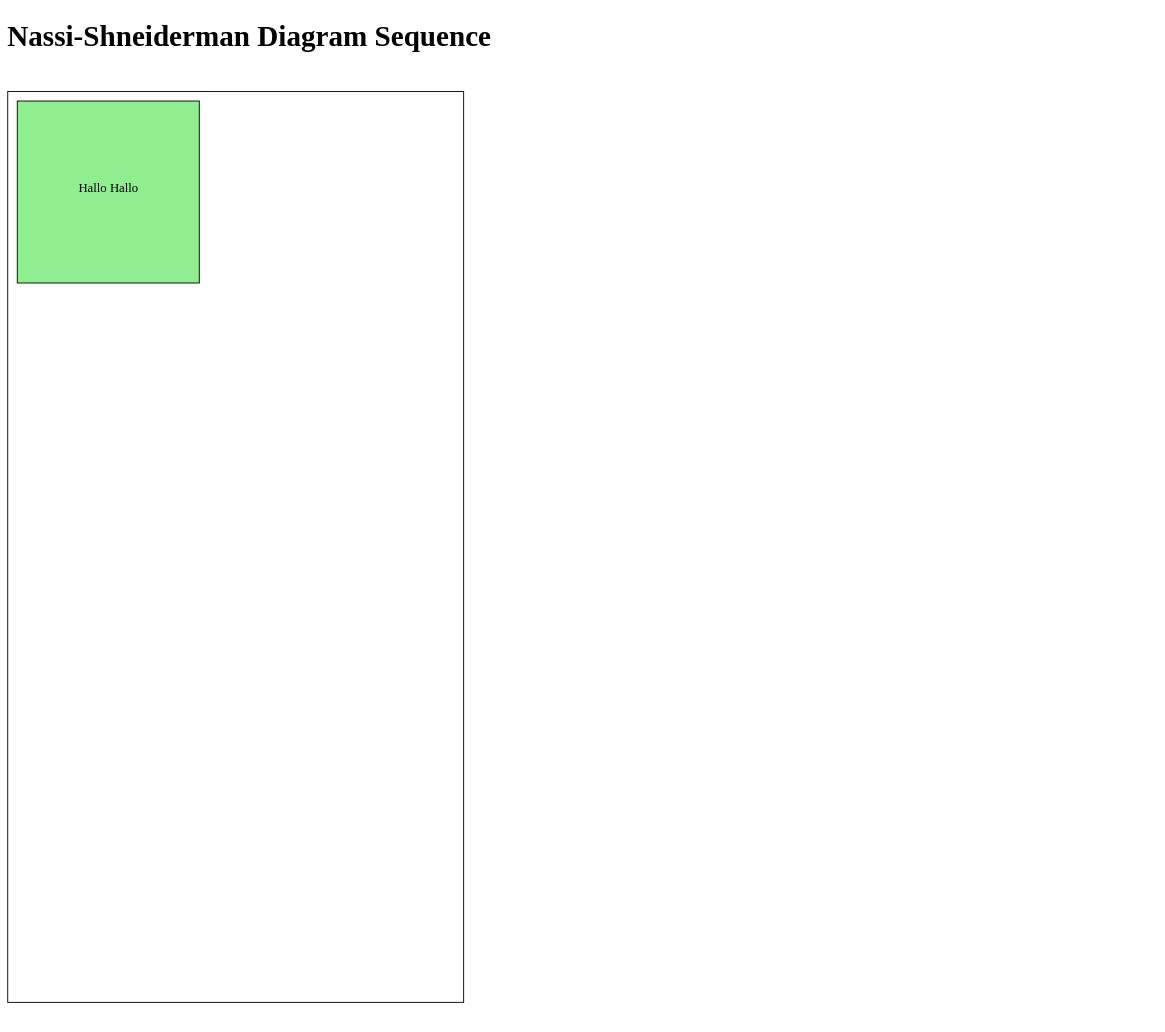
Repository: fabsch225/Nassi-Shneiderman-Compiler
Page: demo.html
The author's editor kept a copy of each file at every save. The page is drawn from the files as they stood at one save, then again after the next save.
The browser window is 1280 px wide. The pictures show the whole page, at 91% of full size.

Above is the page before, as saved 2024-05-15 21:37:31.

After the next save:
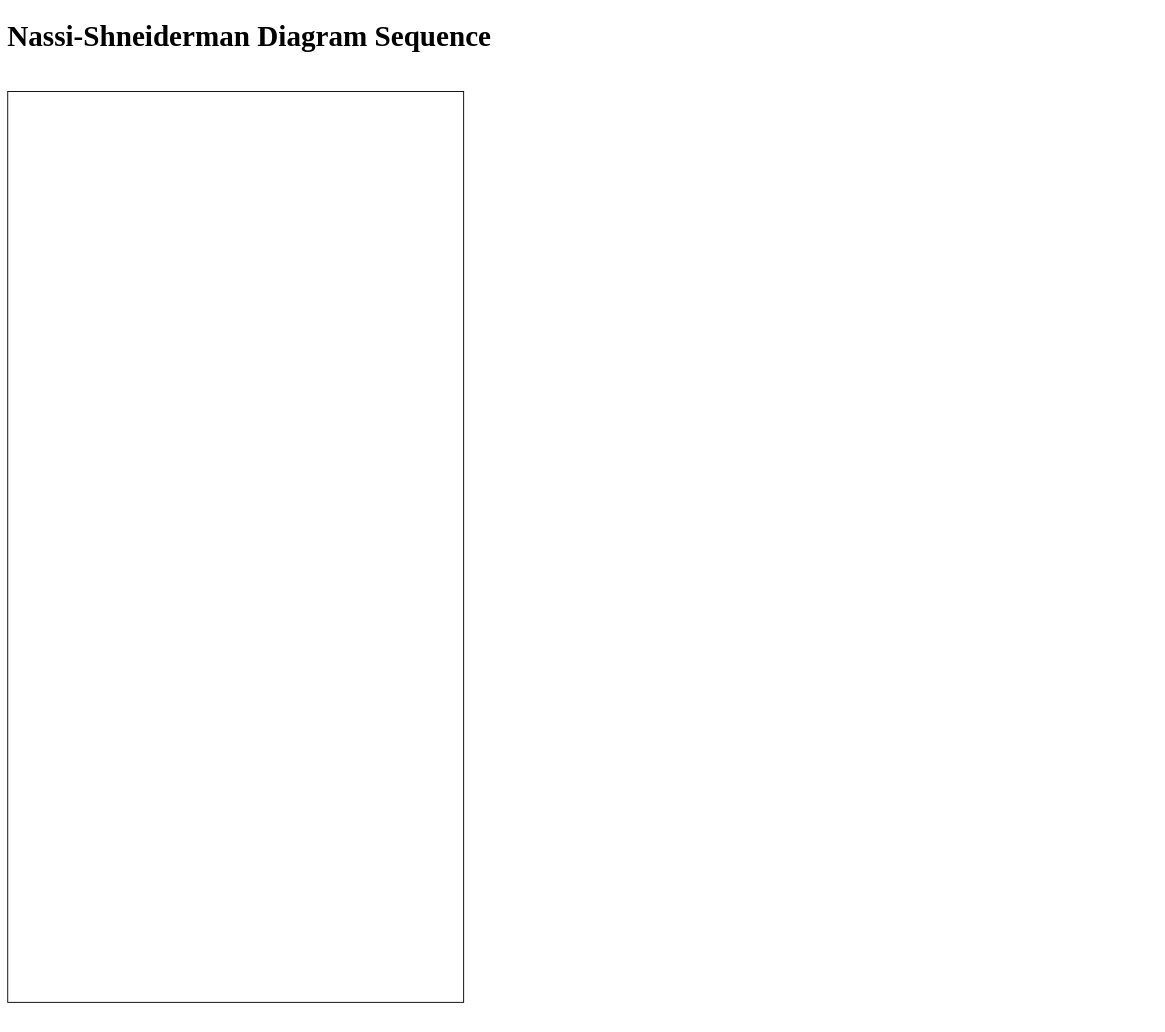
Console error: ReferenceError: currentY is not defined
Saved 10 s later.
--- a/demo.html
+++ b/demo.html
@@ -20,11 +20,6 @@
 <script>
 
     var svgContainer = document.getElementById('canvas');
-    const blockWidth = 200;
-    const blockHeight = 100;
-    const gap = 50;
-    let currentY = 10;
-
 
     svgContainer.innerHTML += createSequenceBlock(10, currentY, blockWidth, blockHeight * 2, "Hallo Hallo").svgAppendix;
 

After the 3 saves that followed:
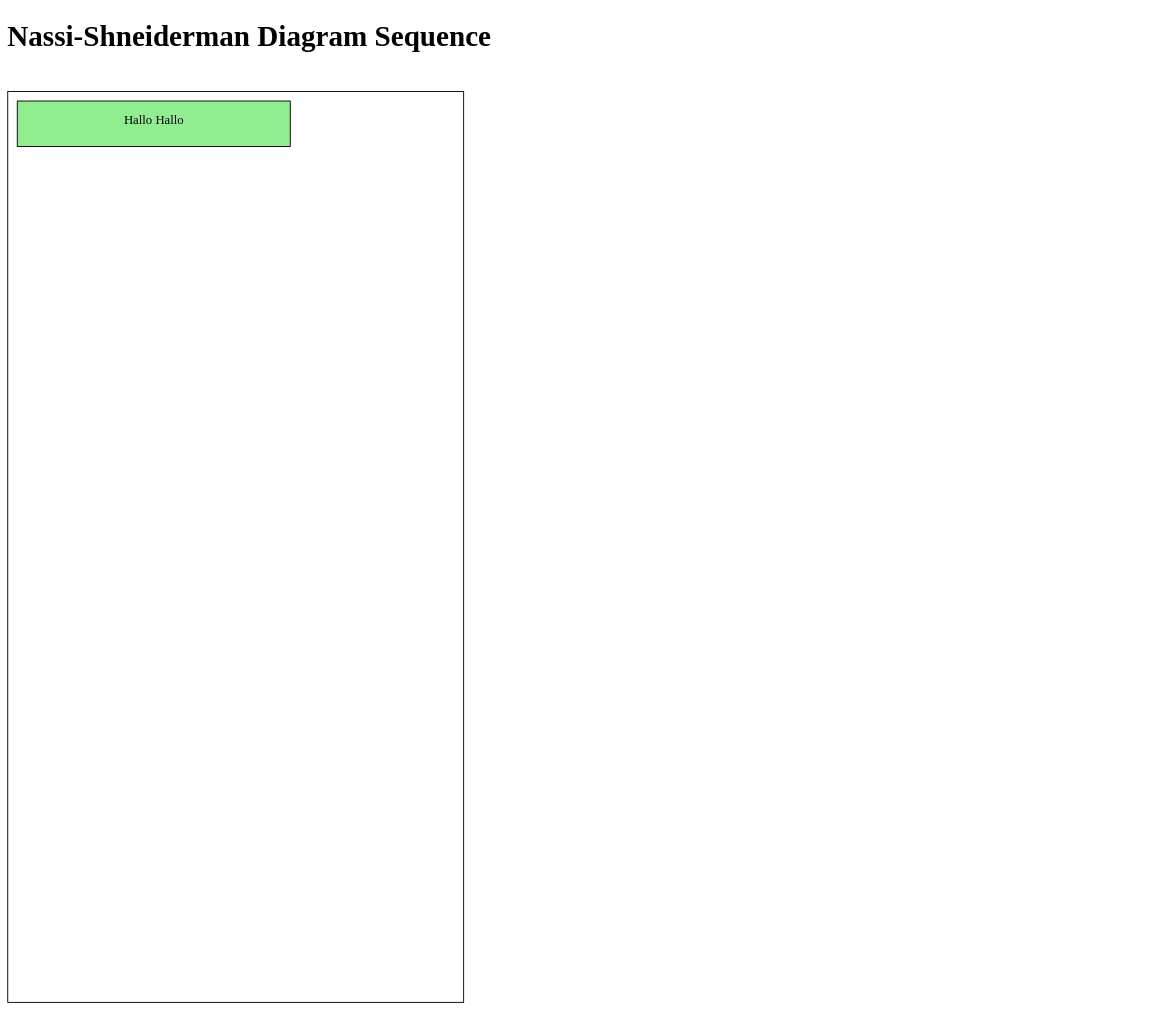
The error is gone.
The 3 saves are shown as one change because 2 left the picture as it was.
The last was saved 14 s later.
--- a/demo.html
+++ b/demo.html
@@ -21,7 +21,7 @@
 
     var svgContainer = document.getElementById('canvas');
 
-    svgContainer.innerHTML += createSequenceBlock(10, currentY, blockWidth, blockHeight * 2, "Hallo Hallo").svgAppendix;
+    svgContainer.innerHTML += createSequenceBlock(10, 10, 300, 50, "Hallo Hallo").svgAppendix;
 
 </script>
 </body>
